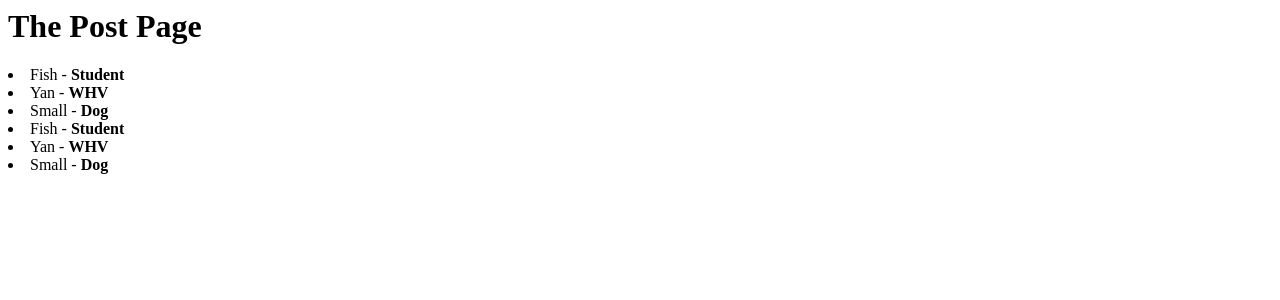
Repository: waiwai12341995/Web-Application_Yelp
Page: http://localhost/posts
The author's editor kept a record of every edit. The page is drawn from the files as they stood at one moment, then again after the next edit.
The browser window is 1280 px wide. The pictures show the whole page.
The page is served by the project's Node server (MoreExpress/EJSDemo/app.js).

Above is the page before.

After the next edit:
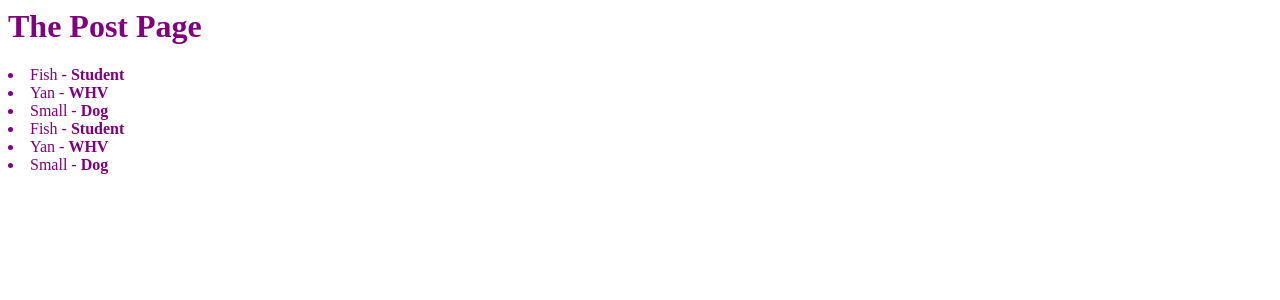
The edit:
--- a/MoreExpress/EJSDemo/views/posts.ejs
+++ b/MoreExpress/EJSDemo/views/posts.ejs
@@ -1,4 +1,15 @@
+<link rel="stylesheet" href="app.css">
+
+<style>
+    body {
+        color: purple;
+    }
+</style>
+
+
 <h1>The Post Page</h1>
+
+<!--posts[i].title or  posts[i].title -->
 
 <% for(var i = 0; i < posts.length; i++){ %>
     <li>
